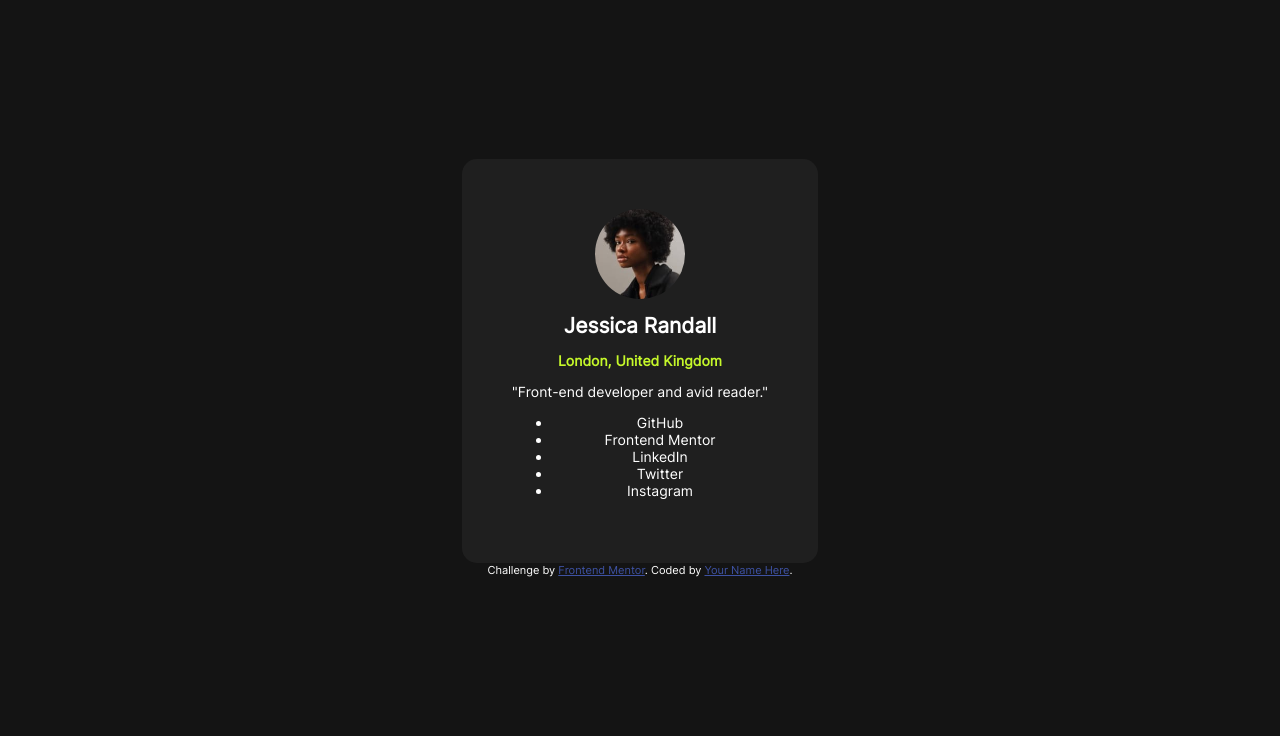
Repository: RudyJ/social-links-profile
Page: index.html
These files come from the project's save history. The page is drawn as it stood at one moment and after the next save; the edit follows.
The browser window is 1280 px wide. The pictures show the whole page.

Above is the page before, as saved 2024-04-02 19:47:52.

After the next save:
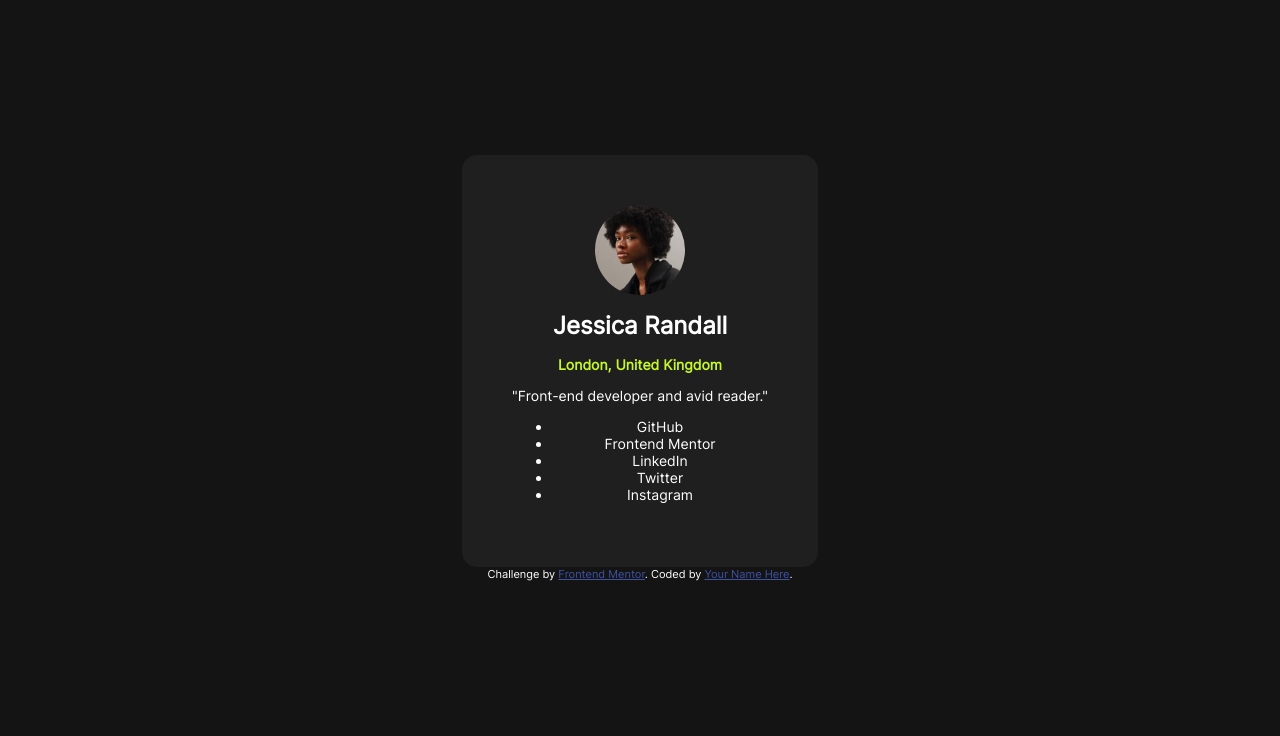
Saved 29 s later.
--- a/assets/css/style.css
+++ b/assets/css/style.css
@@ -43,7 +43,7 @@ body .card .imagem img {
 
 
 body .card h1 {
-    font-size: 21px;
+    font-size: 24px;
 }
 body .card h2 {
     color: hsl(75, 94%, 57%);
